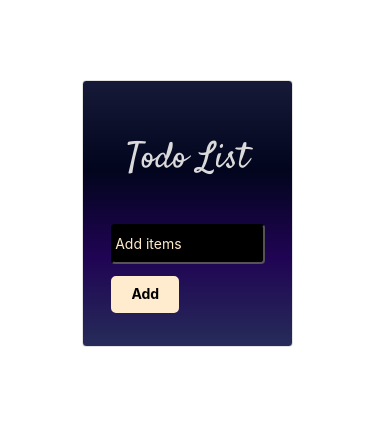
Repository: arpana23/Todo-list
Page: /
An editor plug-in stored every save of this project. The page is shown before and after the next save, followed by the edit.
The browser window is 375 px wide. The pictures show the whole page.
Some web libraries are served in a nearby version. The project was rebuilt for these pictures with package versions that can differ from the ones it lists, and the page was loaded fresh each time. Also part of the build but not shown: src/Todolist.js.

Above is the page before, as saved 2021-04-17 17:20:03.

After the next save:
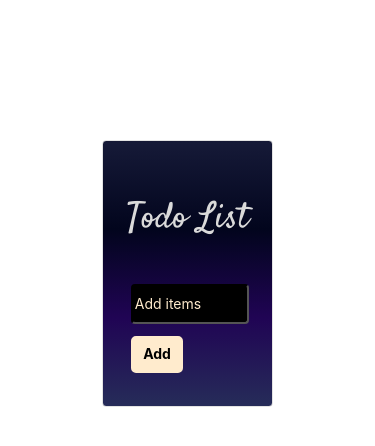
Saved 27 s later.
--- a/src/App.css
+++ b/src/App.css
@@ -121,7 +121,7 @@
 @media screen and (max-width: 480px) {
 
   .flex-container {
-    margin: 80px;
+    margin-top: 140px;
   }
 
   .well {
